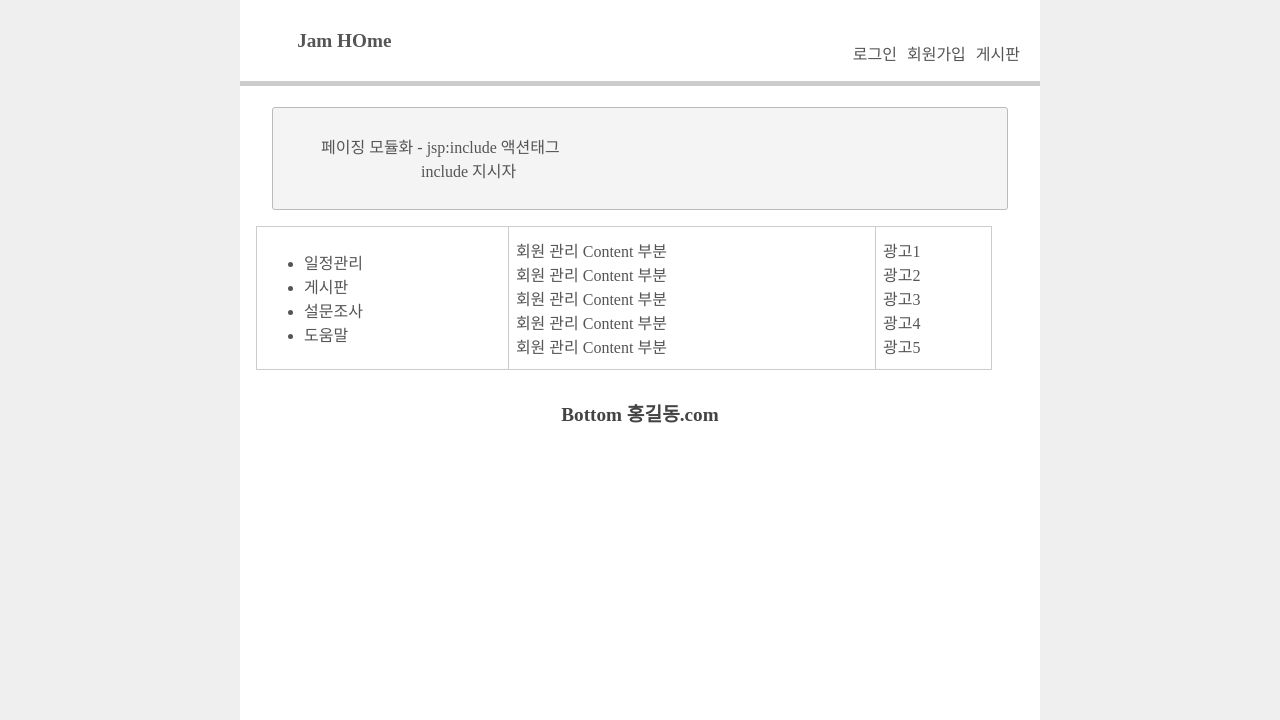
Repository: woals5636/JSPClass
Page: http://localhost/jspPro/days06/ex04_template_02.jsp
The author's editor kept a copy of each file at every save. The page is drawn from the files as they stood at one save, then again after the next save.
The browser window is 1280 px wide. The pictures show the whole page.
Some web fonts or font styles are not loaded; a fallback is used. The page is served by Tomcat 9. Other server files are loaded and not shown.

Above is the page before, as saved 2024-10-22 05:10:27.

### jspPro/src/main/webapp/days06/ex04_template_02.jsp
<%@ page contentType="text/html; charset=UTF-8" pageEncoding="UTF-8"%>
<%@ taglib prefix="c" uri="http://java.sun.com/jsp/jstl/core"%>
<%@ page trimDirectiveWhitespaces="true" %>
<%-- 모든 페이지에 공통적으로 선언할 변수...
<%
	String contextPath = request.getContextPath();
%>
 --%>
<!DOCTYPE html>
<html>
<head>
<meta charset="UTF-8">
<title>Insert title here</title>
<link rel="shortcut icon" type="image/x-icon" href="http://localhost/jspPro/images/SiSt.ico">
<script src="https://ajax.googleapis.com/ajax/libs/jquery/3.7.1/jquery.min.js"></script>
<meta name="viewport" content="width=device-width, initial-scale=1.0">
<meta name="google" content="notranslate">
<link rel="stylesheet" href="http://localhost/jspPro/resources/cdn-main/example.css">
<script src="http://localhost/jspPro/resources/cdn-main/example.js"></script>
<style>
 span.material-symbols-outlined{
    vertical-align: text-bottom;
 }
</style>
</head>
<body>
<!-- TOP 공통 모듈 -->
<jsp:include page="/layout/top.jsp" flush="false"></jsp:include>
<div>
  <xmp class="code">
  	페이징 모듈화 - jsp:include 액션태그
  				 include 지시자
  </xmp>

  <table>
  	<tr>
  		<td><jsp:include page="/days06/layout/left.jsp"></jsp:include></td>
  		<td>
  		회원 관리 Content 부분<br>
        회원 관리 Content 부분<br>
        회원 관리 Content 부분<br>
        회원 관리 Content 부분<br>
        회원 관리 Content 부분<br>
        </td>
  		<td><jsp:include page="/days06/layout/right.jsp"></jsp:include></td>

  	</tr>
  </table>
</div>

<!-- BOTTOM 공통 모듈 -->
<jsp:include page="/layout/bottom.jsp" flush="false"></jsp:include>
</body>
</html>

### jspPro/src/main/webapp/layout/top.jsp
<%@ page contentType="text/html; charset=UTF-8" pageEncoding="UTF-8"%>
<%@ taglib prefix="c" uri="http://java.sun.com/jsp/jstl/core"%>
<%@ page trimDirectiveWhitespaces="true" %>
<header>
  <h1 class="main"><a href="#" style="position: absolute;top:30px;">Jam HOme</a></h1>
  <ul>
    <li><a href="#">로그인</a></li>
    <li><a href="#">회원가입</a></li>
    <li><a href="#">게시판</a></li>
  </ul>
</header>

### jspPro/src/main/webapp/days06/layout/left.jsp
<%@ page contentType="text/html; charset=UTF-8" pageEncoding="UTF-8"%>
<%@ taglib prefix="c" uri="http://java.sun.com/jsp/jstl/core"%>
<%@ page trimDirectiveWhitespaces="true" %>
<ul>
	<li>일정관리</li>
	<li>게시판</li>
	<li>설문조사</li>
	<li>도움말</li>
</ul>

### jspPro/src/main/webapp/days06/layout/right.jsp
<%@ page contentType="text/html; charset=UTF-8" pageEncoding="UTF-8"%>
<%@ taglib prefix="c" uri="http://java.sun.com/jsp/jstl/core"%>
<%@ page trimDirectiveWhitespaces="true" %>
광고1<br>
광고2<br>
광고3<br>
광고4<br>
광고5<br>

### jspPro/src/main/webapp/layout/bottom.jsp
<%@ page contentType="text/html; charset=UTF-8" pageEncoding="UTF-8"%>
<%@ taglib prefix="c" uri="http://java.sun.com/jsp/jstl/core"%>
<%@ page trimDirectiveWhitespaces="true" %>
<div style="height: 100px; text-align: center;">
	<h3>Bottom 홍길동.com</h3>
</div>

### jspPro/src/main/webapp/resources/cdn-main/example.css
@charset "UTF-8";

@import url('https://fonts.googleapis.com/css2?family=Material+Symbols+Outlined:opsz,wght,FILL,GRAD@20..48,100..700,0..1,-50..200');

@font-face {
    font-family: 'GmarketSansMedium';
    src: url('https://cdn.jsdelivr.net/gh/projectnoonnu/noonfonts_2001@1.1/GmarketSansMedium.woff') format('woff');
    font-weight: normal;
    font-style: normal;
}

:root {
	--text-color: #555;
	--sub-text-color: #777;
	--back-color: #EFEFEF;
	--header-color: #444;
	--primary-color: #DEDEDE;
	--secondary-color: #EFEFEF;
	--default-width: 800px;
	--narrow-width: 500px;
	--wide-width: 1200px;
	--text-font: 'GmarketSansMedium';
	--icon-font: 'Material Symbols Outlined';
	--border-color: #CCC;
}

html, body {
	margin: 0;
	padding: 0;
}

html {
	background-color: var(--back-color);
	display: flex;
	justify-content: center;
	min-height: 100vh;
}

body, body.default {
	width: var(--default-width);
	background-color: white;
	padding-bottom: 120px;
}

body.wide {
	width: var(--wide-width);
}

body.narrow {
	width: var(--narrow-width);
}



body, p, div, span, a, input, select, option, textarea, button, table, th, td, label, fieldset, legend {
	font-family: var(--text-font);
	color: var(--text-color);
}

h1, h2, h3 {
	font-family: var(--text-font);
	color: var(--header-color);
	padding: 0 1rem;
	padding-top: .5rem;
}

div > h1, div > h2, div > h3 {
	padding: 0;
}

body > div, body > main > div {
	padding: 0.3rem 1rem;
}


h1 { font-size: 2rem; border-bottom: 1px solid var(--border-color); }
h1 small { font-size: 1.2rem; color: var(--sub-text-color); }
h2 { font-size: 1.5rem; border-bottom: 1px dashed var(--border-color); }
h2 small { font-size: 1.1rem; color: --sub-text-color; }
h3 { font-size: 1.2rem; }
h3 small { font-size: 1rem; color: --sub-text-color; }



h1.main::before {
	font-family: var(--icon-font);
  	content: '\e666';
  	margin-right: 10px;
  	float: left;
	font-size: 2.5rem;
}

h1.sub::before {
	font-family: var(--icon-font);
  	content: '\ea19';
  	margin-right: 10px;
  	float: left;
	font-size: 2.5rem;
}


h1.page::before {
	font-family: var(--icon-font);
  	content: '\e0e0';
  	margin-right: 10px;
  	float: left;
	font-size: 2.5rem;
}

body > header > ul > li > .active{
	background-color: #FFF;
	color:#F00;
}

body > header {
	display: flex;
	justify-content: space-between;
	border-bottom: 5px solid var(--border-color);
	min-height: 74px;
	background-color: #FFF;
}

body > header.sticky {
	position: sticky;
	top: 0;
	z-index: 98;
}

body > header > h1 {
	font-size: 1.2rem;
	border: 0;
}

body > header.in > h1::before {
	font-family: var(--icon-font);
  	content: '\e332‥';
  	margin-right: 3px;
  	float: left;
	font-size: 2rem;
}


body > header > ul {
	list-style-type: none;
	display: flex;
	align-items: flex-end;
	margin-right: 10px;
}

body > header > ul > li {
	margin-right: 10px;
	cursor: pointer;
}

body > header > ul > li > a {
	cursor: pointer;
}


form {
	display: block;
}

form > div {
	padding: 0.3rem 1rem;
}

div > form > div {
	padding: 0.3rem 0;
}

input, textarea, button, select {
	border: 1px solid #BBB;
	border-radius: 3px;
	outline: none;
	resize: none;
	padding: 7px;
	margin: 0;
}

input[type=text]:read-only, textarea:read-only {
	cursor: not-allowed;
	background-color: #FFF;
}

input[type=text]:disabled, textarea:disabled {
	cursor: not-allowed;
	background-color: #EEE;
}

input[type=text], input[type=password], textarea, button, select {
	/* width: 300px; */
}

textarea {
	display: block;
	height: 100px;
}

input[type=button], input[type=submit], button {
	/* width: inherit; */
}

input.short, textarea.short, button.short, select.short {
	width: 100px;
}

input.long, textarea.long, button.long, select.long {
	width: 350px;
}

.narrow input.long, .narrow textarea.long, .narrow button.long, .narrow select.long {
	width: calc(100% - 20px);
}

input.full, textarea.full, button.full, select.full {
	width: calc(100% - 20px);
}

textarea.short {
	height: 50px;
}

textarea.long {
	height: 100px;
}

textarea.full {
	height: 200px;
}

input, textarea {
	padding-top: 8px;
}

input[type=button], input[type=submit], button {
	padding: 5px 10px;
	background-color: var(--secondary-color);
	cursor: pointer;
	min-height: 36px;
}

input[type=button].primary, input[type=submit].primary, button.primary {
	/* background-color: rgba(100, 149, 237, .2); */
	background-color: var(--primary-color);
}

input[type=button].primary:hover, input[type=submit].primary:hover, button.primary:hover {
	/* background-color: rgba(100, 149, 237, .3); */
	background-color: var(--secondary-color);
}

input[type=button]:hover, input[type=submit]:hover, button:hover {
	background-color: var(--primary-color);
}

button {
	position: relative;
	left: 0;
	top: 0;
	padding-left: 35px;
}

button .material-symbols-outlined {
	position: absolute;
	left: 10px;
	top: 4px;
}

/* k2nik add */
button.login::before {
	font-family: var(--icon-font);
  	content: '\ea77';
	position: absolute;
	left: 11px;
	top: 4px;
	font-size: 1.25rem;
}

/* k2nik logout */
button.logout::before {
	font-family: var(--icon-font);
  	content: '\e9ba';
	position: absolute;
	left: 11px;
	top: 4px;
	font-size: 1.25rem;
}

/* k2nik help */
button.help::before {
	font-family: var(--icon-font);
  	content: '\f1c0';
	position: absolute;
	left: 11px;
	top: 4px;
	font-size: 1.25rem;
}

button.add::before{
	font-family: var(--icon-font);
  	content: '\e746';
	position: absolute;
	left: 11px;
	top: 4px;
	font-size: 1.25rem;
}

button.back::before {
	font-family: var(--icon-font);
  	content: '\e166';
	position: absolute;
	left: 11px;
	top: 4px;
	font-size: 1.25rem;
}

button.list::before {
	font-family: var(--icon-font);
  	content: '\e0ee';
	position: absolute;
	left: 11px;
	top: 4px;
	font-size: 1.25rem;
}


button.del::before {
	font-family: var(--icon-font);
  	content: '\e872';
	position: absolute;
	left: 11px;
	top: 4px;
	font-size: 1.25rem;
}


button.edit::before {
	font-family: var(--icon-font);
  	content: '\e745';
	position: absolute;
	left: 11px;
	top: 4px;
	font-size: 1.25rem;
}


button.login::before {
	font-family: var(--icon-font);
  	content: '\ea77';
	position: absolute;
	left: 11px;
	top: 4px;
	font-size: 1.25rem;
}


button.logout::before {
	font-family: var(--icon-font);
  	content: '\e9ba';
	position: absolute;
	left: 11px;
	top: 4px;
	font-size: 1.25rem;
}


button.in::before {
	font-family: var(--icon-font);
  	content: '\f71a';
	position: absolute;
	left: 11px;
	top: 4px;
	font-size: 1.25rem;
}


button.out::before {
	font-family: var(--icon-font);
  	content: '\f70e';
	position: absolute;
	left: 11px;
	top: 4px;
	font-size: 1.25rem;
}


button.reply::before {
	font-family: var(--icon-font);
  	content: '\e15e';
	position: absolute;
	left: 11px;
	top: 4px;
	font-size: 1.25rem;
}


button.comment::before {
	font-family: var(--icon-font);
  	content: '\e0b9';
	position: absolute;
	left: 11px;
	top: 4px;
	font-size: 1.25rem;
}


button.modal::before {
	font-family: var(--icon-font);
  	content: '\e89e';
	position: absolute;
	left: 11px;
	top: 4px;
	font-size: 1.25rem;
}


button.ok::before {
	font-family: var(--icon-font);
  	content: '\e86c';
	position: absolute;
	left: 11px;
	top: 4px;
	font-size: 1.25rem;
}


button.cancel::before {
	font-family: var(--icon-font);
  	content: '\e5c9';
	position: absolute;
	left: 11px;
	top: 4px;
	font-size: 1.25rem;
}

button.search::before {
	font-family: var(--icon-font);
  	content: '\e8b6';
	position: absolute;
	left: 11px;
	top: 4px;
	font-size: 1.25rem;
}

button.home::before {
	font-family: var(--icon-font);
  	content: '\e88a';
	position: absolute;
	left: 11px;
	top: 4px;
	font-size: 1.25rem;
}


button.sidebar::before {
	font-family: var(--icon-font);
  	content: '\f7e4';
	position: absolute;
	left: 11px;
	top: 4px;
	font-size: 1.25rem;
}


button.sidebar-right::before {
	font-family: var(--icon-font);
  	content: '\f7e5';
	position: absolute;
	left: 11px;
	top: 4px;
	font-size: 1.25rem;
}




button::before {
	font-family: var(--icon-font);
  	content: '\e323';
	position: absolute;
	left: 11px;
	top: 4px;
	font-size: 1.25rem;
}


table {
	border-collapse: collapse;
	margin: 1rem;
	box-sizing: border-box;
	width: calc(100% - 32px);
}

table.content {
	width: auto;
}

div > table {
	margin: 0;
}

table th, table td {
	border: 1px solid var(--border-color);
	padding: 7px;
	font-weight: normal;
}

table th {
	background-color: var(--back-color);
}

table.vertical th {
	width: 150px;
}

table.vertical td {
	width: calc(100% - 182px);
	padding-left: 10px;
}

table.content td, table.content th {
	width: auto;
}

body.narrow table.vertical th {
	width: 100px;
}

body.narrow table.vertical td {
	width: calc(100% - 182px);
}


table + table {
	margin-top: 30px;
}


p {
	padding: 0 1rem;
}

a {
	text-decoration: none;
}

a:hover {
	color: rgba(255, 99, 71, .7);
}

hr {
	border: 0;
	border-top: 1px solid var(--border-color);
	margin: 2rem 0;
}

.message {
	border: 1px solid var(--border-color);
	background-color: #EFEFEF;
	margin: 1rem;
	width: auto;
	padding-top: 10px;
	padding-bottom: 10px;
	font-size: 14px;
}

.message[title]::before {
	content: attr(title);
	display: block;
	border-bottom: 1px solid var(--border-color);
	padding-bottom: 5px;
	margin-bottom: 10px;
	margin-top: 7px;
}

.message.short {
	max-width: 250px;
}

.message.long {
	max-width: 500px;
}

.badge {
	float: right;
	font-size: .8rem;
	margin-top: 2px;
	margin-right: 2px;
	text-shadow: 0 0 7px gray;
}

.badge.left {
	float: none;
	margin-left: 2px;
}

.badge.right {
	float: right;
}

.badge.red {
	border-radius: 50%;
	padding: 2px 5px;
	background-color: rgb(255, 99, 71, .3);
}

.badge.yellow {

	border-radius: 50%;
	padding: 2px 5px;
	background-color: rgb(255, 215, 0, .5);
}

.badge.blue {
	border-radius: 50%;
	padding: 2px 5px;
	background-color: rgb(100, 149, 237, .3);
}

label + label {
	margin-left: 7px;
}

label input[type=checkbox], label input[type=radio] {
	transform: translate(0, 1px);
}

.group {
	display: flex;
}

.modal-content .group {
	margin-bottom: .5rem;
}

.group label {
	border: 1px solid #BBB;
	border-radius: 3px;
	outline: none;
	resize: none;
	padding: 7px 14px;
	margin: 0;
	border-top-right-radius: 0;
	border-bottom-right-radius: 0;
	background-color: #EFEFEF;
	white-space: nowrap;
	font-size: 14px;
}

.group input[type=text] {
	margin-left: -1px;
	border-top-left-radius: 0;
	border-bottom-left-radius: 0;
}

.group select {
	margin-left: -1px;
	border-top-left-radius: 0;
	border-bottom-left-radius: 0;
}

.group input.full[type=text] {
	margin-left: -1px;
	border-top-left-radius: 0;
	border-bottom-left-radius: 0;
	width: 100%;
}

.group input[type=button]:first-child, .group button:first-child {
	border-top-left-radius: 3px;
	border-bottom-left-radius: 3px;
	margin-left: 0px;
}

.group input[type=button], .group button {
	border-radius: 0;
	margin-left: -1px;
}

.group input[type=button]:last-child, .group button:last-child {
	margin-left: -1px;
	border-top-right-radius: 3px;
	border-bottom-right-radius: 3px;
}

.seperate {
	display: flex;
	justify-content: space-between;
}

div.list {
	width: max-content;
	margin: 1rem;
	border: 1px solid #BBB;
	border-radius: 3px;
	padding: 0;
}

div.list.full {
	width: auto;
	display: block;
	margin: 1rem;
	border: 1px solid #BBB;
	border-radius: 3px;
	padding: 0;
}

div.list > div {
	padding: .5rem 1rem;
	margin: 0;
	border-bottom: 1px solid #BBB;
}

div.list > div:last-child {
	border-bottom: 0;
}

pre.code , xmp.code{
	font-family: consols;
	background-color: rgba(150, 150, 150, .1);
	border: 1px solid #BBB;
	border-radius: 3px;
	padding: .5rem 1rem;
	padding-bottom: .6rem;
	margin: 1rem;
}




*[data-modal-window] {
	position: fixed;
	background-color: rgba(0, 0, 0, .3);
	left: 0;
	top: 0;
	display: none;
	justify-content: center;
	align-items: flex-start;
	width: 100%;
	min-height: 100vh;
	z-index: 100;
	opacity: 0;
	transition: 500ms all;
}

*[data-modal-window] .modal-container {
	border-radius: 5px;
	padding: 1rem;
	padding-bottom: .5rem;
	margin-top: -500px;
	opacity: 0;
	width: 500px;
	background-color: #FFF;
	margin-right: 2rem;
	transition: 500ms all;
}

*[data-modal-size=content] .modal-container {
	width: auto;
}

*[data-modal-size=narrow] .modal-container {
	width: 300px;
}

*[data-modal-size=wide] .modal-container {
	width: 760px;
}


*[data-modal-window] .modal-header {
	border-bottom: 1px solid var(--border-color);
	padding: 2px 5px;
}

*[data-modal-window] .modal-content {
	padding: 1rem 5px;
}

*[data-modal-window] .modal-content div:last-child {
	margin-top: 1rem;
	text-align: right;
}



*[data-sidebar-window] {
	position: fixed;
	background-color: #FFF;
	left: 0;
	top: 0;
	display: block;
	width: 300px;
	border-right: 1px solid var(--border-color);
	box-sizing: border-box;
	box-shadow: 0 0 3px var(--back-color);
	min-height: 100vh;
	z-index: 99;
	transform: translate(-300px, 0);
	transition-duration: 500ms;
	transition-property: transform;
}

*[data-sidebar-direction=right] {
	left: auto;
	right: 0;
	transform: translate(300px, 0);
	border-left: 1px solid var(--border-color);
}

*[data-sidebar-size=wide] {
	width: 500px;
	transform: translate(-500px, 0);
}

*[data-sidebar-window] .sidebar-title {
	border-bottom: 1px solid var(--border-color);
	margin-top: 20px;
	margin-bottom: 20px;
	padding-bottom: 5px;
	display: flex;
	justify-content: space-between;
}

*[data-sidebar-window] .sidebar-title span:last-child {
	cursor: pointer;
}


/* K2Nik pagination */
.center {
  text-align: center;
}

.pagination {
  display: inline-block;
}

.pagination a {
  color: black;
  float: left;
  padding: 3px 6px;
  text-decoration: none;
  transition: background-color .3s;
  border: 1px solid #ddd;
  margin: 0 3px;
}

.pagination a.active {
  background-color: #4CAF50;
  color: white;
  border: 1px solid #4CAF50;
}

.pagination a:hover:not(.active) {background-color: #ddd;}

### jspPro/src/main/webapp/resources/cdn-main/example.js

window.onload = () => {

    const list = document.querySelectorAll('input, textarea');

    list.forEach(item => {
        item.setAttribute('autocomplete', 'off');
    });


    const modal_btn_list = document.querySelectorAll('*[data-modal-button]');

    modal_btn_list.forEach(item => {
        item.onclick = function() {

            const name = this.dataset['modalButton'];
            const modal_window = document.querySelector('*[data-modal-window=' + name);

            const container = document.createElement('div');
            container.className = 'modal-container';



            const modal_header = document.createElement('div');
            modal_header.textContent = modal_window.dataset['modalTitle'];
            modal_header.className = 'modal-header';
            container.appendChild(modal_header);

            const modal_content = document.createElement('div');
            modal_content.className = 'modal-content';
            container.appendChild(modal_content);

            Array.from(modal_window.childNodes).forEach(item => {
                modal_content.appendChild(item);
            });

            modal_window.appendChild(container);

            modal_window.style.display = 'flex';

            setTimeout(() => {
                modal_window.style.opacity = 1;
                container.style.marginTop = '20px';
                container.style.opacity = 1;
            }, 50);


            const modal_ok = document.querySelector('*[data-modal-ok=' + name);
            modal_ok.addEventListener('click', function() {
                modal_window.style.opacity = 0;
                container.style.marginTop = '-500px';
                container.style.opacity = 0;

                setTimeout(() => {
                    modal_window.innerHTML = modal_content.innerHTML;
                    modal_window.style.display = 'none';
                }, 500);

            });

            const modal_cancel = document.querySelector('*[data-modal-cancel=' + name);
            modal_cancel.addEventListener('click', function() {

                modal_window.style.opacity = 0;
                container.style.marginTop = '-500px';
                container.style.opacity = 0;

                setTimeout(() => {
                    modal_window.innerHTML = modal_content.innerHTML;
                    modal_window.style.display = 'none';
                }, 500);
            });


        };
    });


    const sidebar_btn_list = document.querySelectorAll('*[data-sidebar-button]');

    sidebar_btn_list.forEach(item => {
        item.onclick = function() {



            const name = this.dataset['sidebarButton'];
            const sidebar_window = document.querySelector('*[data-sidebar-window=' + name);

            if (sidebar_window.style.transform == 'translate(0px, 0px)') return;



            sidebar_window.style.transform = 'translate(0, 0)';

            const sidebar_title = document.createElement('div');
            sidebar_title.className = 'sidebar-title';
            sidebar_title.innerHTML = '<span>' + sidebar_window.dataset['sidebarTitle'] + '</span><span class="material-symbols-outlined">close</span>';

            sidebar_title.children[1].onclick = function() {

                let sign = 1;
                let distance = 300;

                if (sidebar_window.dataset['sidebarDirection'] != 'right') {
                    sign = -1;
                } else {
                    sign = 1;
                }

                if (sidebar_window.dataset['sidebarSize'] != 'wide') {
                    distance = 300;
                } else {
                    distance = 500;
                }

                distance *= sign;

                sidebar_window.style.transform = 'translate(' + distance + 'px, 0)';

                setTimeout(function() {
                    sidebar_window.removeChild(sidebar_window.children[0]);
                }, 500);
            };


            sidebar_window.prepend(sidebar_title);

        }
    });

};

// window.onkeydown = function(event) {

//     if (event.keyCode == 27) {
//         if (document.querySelector('[data-modal-window').style.display == 'flex') {
//             document.querySelector('[data-modal-window').style.display = 'none';
//         }
//     }

// };

After the next save:
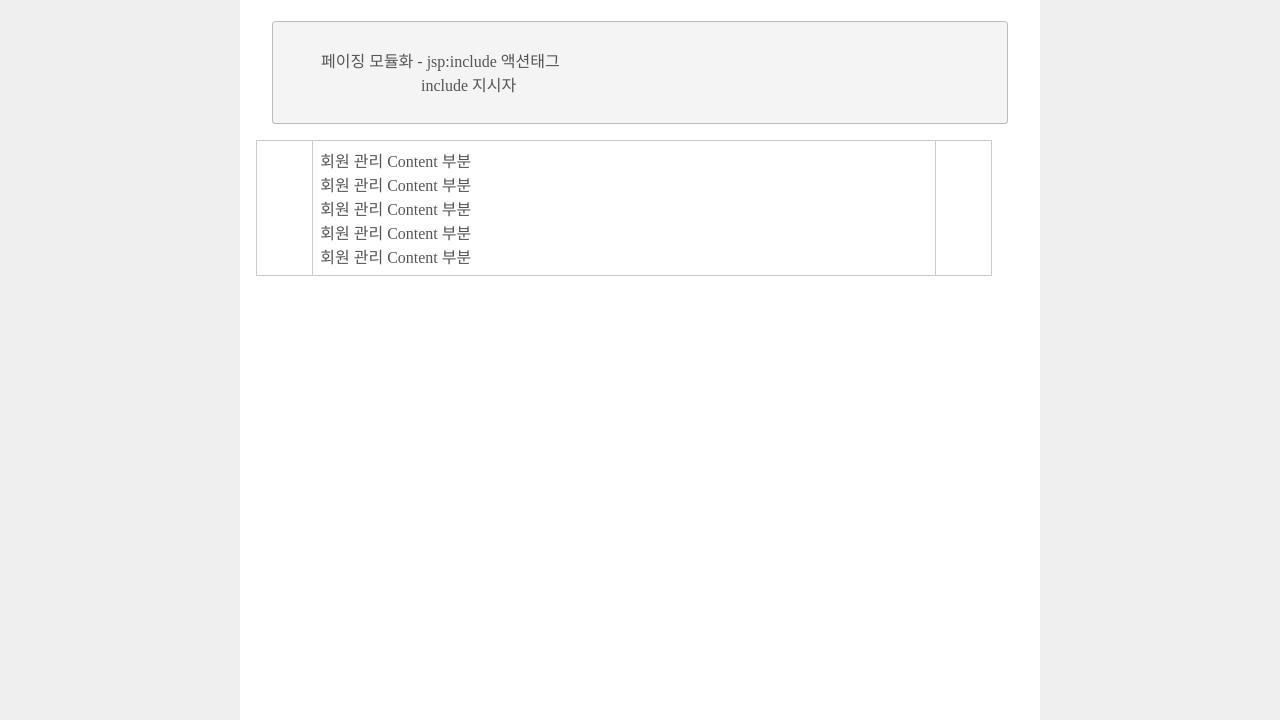
Saved 72 s later.
--- a/jspPro/src/main/webapp/days06/ex04_template_02.jsp
+++ b/jspPro/src/main/webapp/days06/ex04_template_02.jsp
@@ -25,7 +25,7 @@
 </head>
 <body>
 <!-- TOP 공통 모듈 -->
-<jsp:include page="/layout/top.jsp" flush="false"></jsp:include>
+<%-- <jsp:include page="/layout/top.jsp" flush="false"></jsp:include> --%>
 <div>
   <xmp class="code">
   	페이징 모듈화 - jsp:include 액션태그
@@ -34,7 +34,7 @@
 
   <table>
   	<tr>
-  		<td><jsp:include page="/days06/layout/left.jsp"></jsp:include></td>
+  		<td><%-- <jsp:include page="/days06/layout/left.jsp"></jsp:include> --%></td>
   		<td>
   		회원 관리 Content 부분<br>
         회원 관리 Content 부분<br>
@@ -42,13 +42,13 @@
         회원 관리 Content 부분<br>
         회원 관리 Content 부분<br>
         </td>
-  		<td><jsp:include page="/days06/layout/right.jsp"></jsp:include></td>
+  		<td><%-- <jsp:include page="/days06/layout/right.jsp"></jsp:include> --%></td>
 
   	</tr>
   </table>
 </div>
 
 <!-- BOTTOM 공통 모듈 -->
-<jsp:include page="/layout/bottom.jsp" flush="false"></jsp:include>
+<%-- <jsp:include page="/layout/bottom.jsp" flush="false"></jsp:include> --%>
 </body>
 </html>
